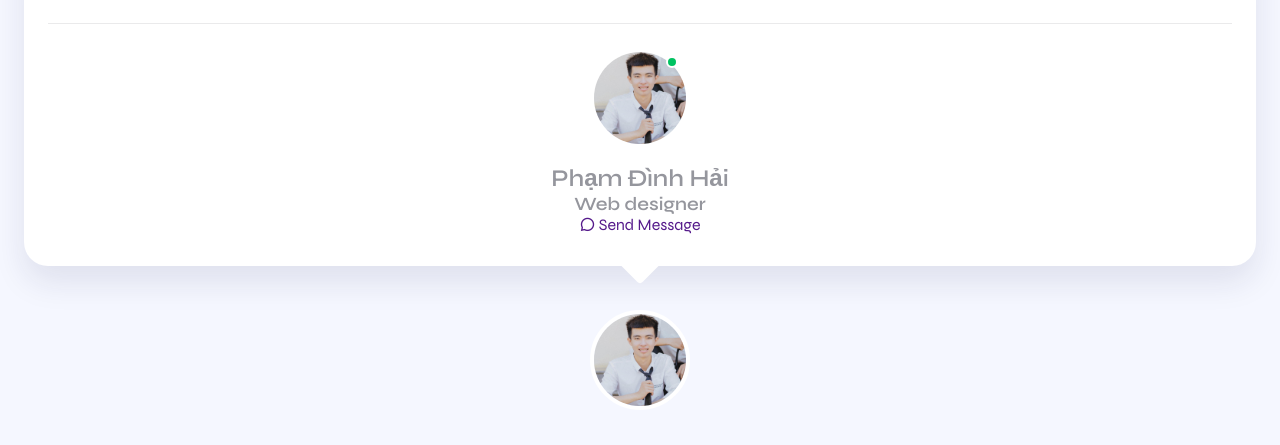
Repository: dinhhaidh/Profile
Page: index.html
These files come from the project's save history. The page is drawn as it stood at one moment and after a run of saves; the edit follows.
The browser window is 1280 px wide. The pictures show the whole page.
Some web libraries are served in a nearby version.

Above is the page before, as saved 2024-02-29 09:27:38.

### index.html
<!DOCTYPE html>
<html lang="en">
<head>
    <meta charset="UTF-8">
    <meta name="viewport" content="width=device-width, initial-scale=1.0">

    <!--=============== REMIXICONS ===============-->
    <link rel="stylesheet" href="https://cdnjs.cloudflare.com/ajax/libs/remixicon/4.0.1/remixicon.css">

    <!--=============== CSS ===============-->
    <link rel="stylesheet" href="style.css">

    <title>Profile card with tooltip</title>
</head>
<body>
    <div class="container">
        <article class="card__article">
            <div class="card__profile">
                <img src="./img/img.jpg" alt="image" class="card__profile-img">
            </div>

            <div class="card__tooltip">
                <div class="card__content">
                    <header class="card__header">
                        <span>Social</span>

                        <div class="card__social">
                            <a href="https://www.linkedin.com" target="_blank">
                                <i class="ri-linkedin-box-line"></i>
                            </a>

                            <a href="https://www.github.com" target="_blank">
                                <i class="ri-github-fill"></i>
                            </a>

                            <a href="https://www.dribbble.com" target="_blank">
                                <i class="ri-dribbble-line"></i>
                            </a>
                        </div>
                    </header>

                    <div class="card__data">
                        <div class="card__image">
                            <div class="card__mask">
                                <img src="./img/img.jpg" alt="image" class="card__img">
                            </div>

                            <span class="card__status">

                            </span>
                        </div>
                        <h2 class="card__name">Phạm Đình Hải</h2>
                        <h3 class="card__profession">Web designer</h3>

                        <a href="" class="card__button">
                            <i class="ri-chat-3-line"></i> <span>Send Message</span>
                        </a>
                    </div>
                </div>
            </div>
        </article>
    </div>
</body>
</html>

### style.css
/*=============== GOOGLE FONTS ===============*/
@import url("https://fonts.googleapis.com/css2?family=Syne:wght@400;500;600&display=swap");

/*=============== VARIABLES CSS ===============*/
:root {
    /*========== Colors ==========*/
    /*Color mode HSL(hue, saturation, lightness)*/
    --first-color: hsl(230, 100%, 50%);
    --second-color: hsl(150, 100%, 38%);
    --title-color: hsl(230, 24%, 12%);
    --text-color: hsl(230, 4%, 60%);
    --gray-color: hsl(230, 24%, 88%);
    --border-color: hsl(230, 4%, 92%);
    --body-color: hsl(230, 100%, 98%);
    --container-color: hsl(0, 0%, 100%);

    /*========== Font and typography ==========*/
    /*.5rem = 8px | 1rem = 16px ...*/
    --body-font: "Syne", sans-serif;
    --h2-font-size: 1.25rem;
    --normal-font-size: 1rem;
}

/*=============== BASE ===============*/
* {
    box-sizing: border-box;
    padding: 0;
    margin: 0;
}

body {
    font-family: var(--body-font);
    font-size: var(--normal-font-size);
    background-color: var(--body-color);
    color: var(--text-color);
}

a {
    text-decoration: none;
}

img {
    display: block;
    max-width: 100%;
    height: auto;
}

/*=============== CARD ===============*/
.container {
    height: 100vh;
    display: grid;
    place-items: center;
    margin-inline: 1.5rem;
    padding-block: 7rem;
}

.card__article {
    position: relative;
    align-items: flex-end;
    display: flex;
    justify-content: center;
}

.card__profile,
.card__mask {
    width: 100px;
    height: 100px;
    background-color: var(--gray-color);
    border-radius: 50%;
    overflow: hidden;
    display: flex;
    align-items: flex-end;
    justify-content: center;
    border: 4px solid var(--container-color);
    z-index: 5;
}

.card__profile img,
.card__mask img {
    width: 95px;
}

.card__tooltip {
    position: absolute;
    bottom: 4rem;
    padding-bottom: 5rem;
    /* transition: opacity .4s, bottom .4s cubic-bezier(.6, -.5, .3, 1.5);
    pointer-events: none;
    opacity: 0; */
}

.card__content {
    position: relative;
    width: calc(100vw - 3rem);
    background-color: var(--container-color);
    box-shadow: 0 16px 32px hsla(230, 50%, 20%, .1);
    padding: 2rem 1.5rem;
    border-radius: 1.5rem;
}

.card__content::after {
    content: "";
    width: 32px;
    height: 32px;
    background-color: var(--container-color);
    position: absolute;
    left: 0;
    right: 0;
    bottom: -.75rem;
    margin-inline: auto;
    border-radius: .25rem;
    rotate: 45deg;
}

.card__header {
    display: flex;
    justify-content: space-between;
    align-items: center;
    border-bottom: 1px solid var(--border-color);
    padding-bottom: 1.5rem;
    margin-bottom: 1.5rem;
}
.card__header span{
    color: var(--title-color);
    font-weight: 500;
}

.card__social {
    display: flex;
    column-gap: .75rem;
}

.card__social a{
    font-size: 1.25rem;
    color: var(--title-color);
}

.card__data {
    text-align: center;
}

.card__image {
    width: 100px;
    height: 100px;
    position: relative;
    margin: 0 auto 1rem;
}

.card__img {}

.card__status {
    width: 12px;
    height: 12px;
    background-color: var(--second-color);
    position: absolute;
    top: .5rem;
    right: 0.75rem;
    border-radius: 50%;
    border: 2px solid var(--container-color);
}

.card__name {

}

.card__profession {}

.card__button {}

.ri-chat-3-line {}

/* Scale profile image */


/* Show tooltip card */


/*=============== BREAKPOINTS ===============*/
/* For medium devices */

After the next 2 saves:
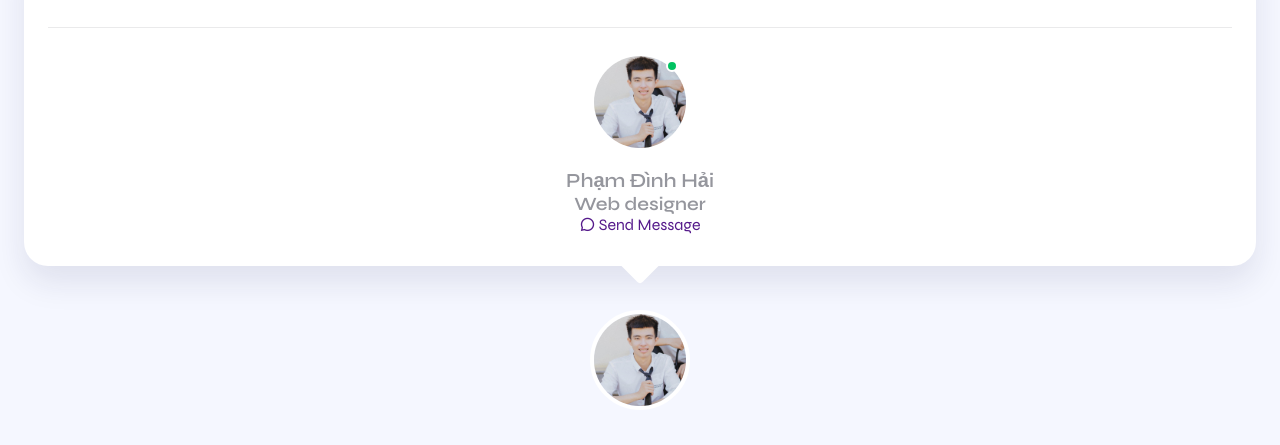
The 2 saves are shown as one change because they came seconds apart.
The last was saved 7 s later.
--- a/style.css
+++ b/style.css
@@ -160,7 +160,7 @@ img {
 }
 
 .card__name {
-
+    font-size: var(--h2-font-size);
 }
 
 .card__profession {}
